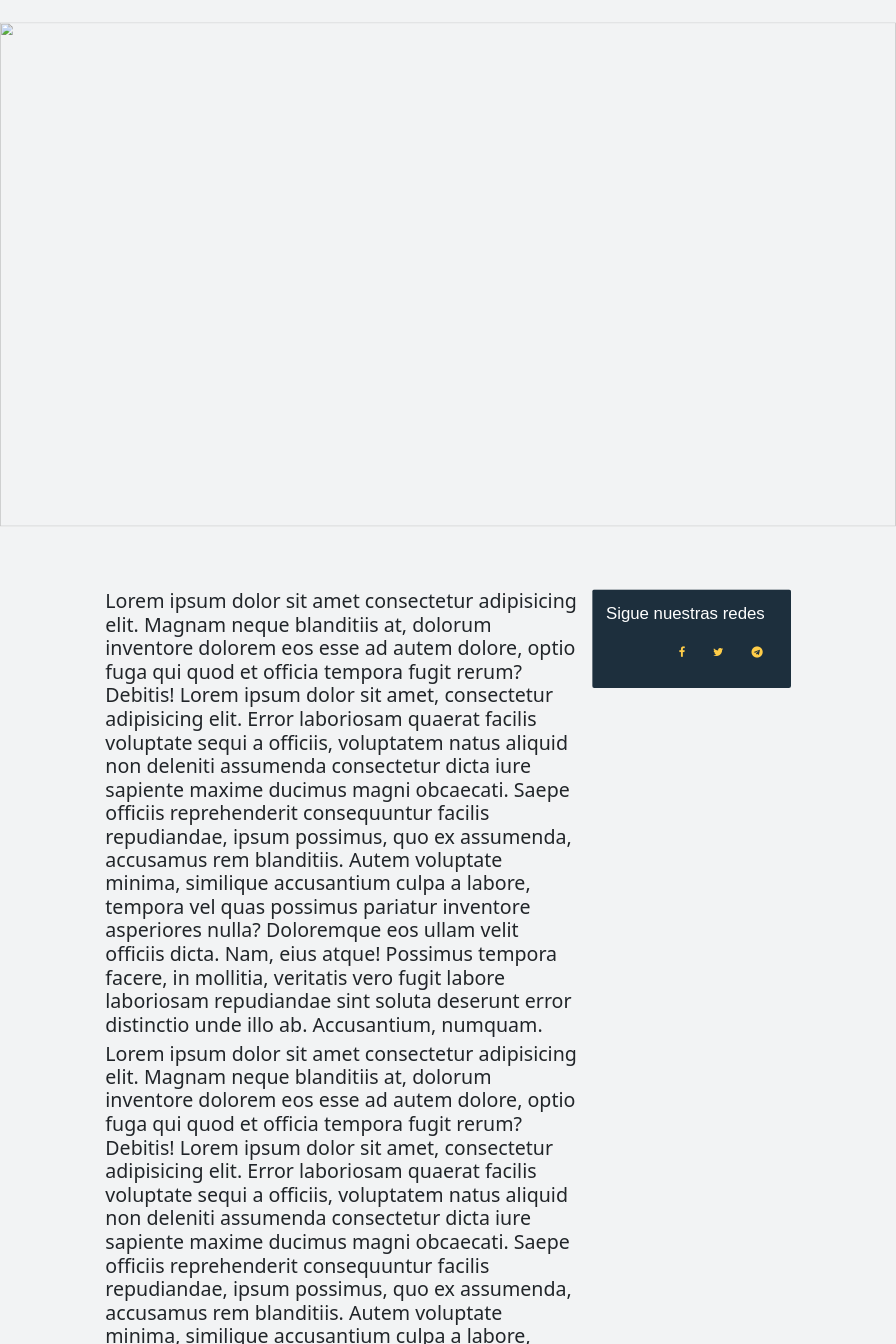
Repository: Sirius018/InventoryGenius
Page: http://localhost/Home
The author's editor kept a copy of each file at every save. The page is drawn from the files as they stood at one save, then again after the next save.
The browser window is 1280 px wide. The pictures show the part of the page from y = 470 to 2390 px (the page is 4127 px tall), at 70% of full size.
The page is this project's Thymeleaf template; nobody is signed in. The template is opened directly, without the code that normally fills it, so the values that code supplies are empty.

Above is the page before, as saved 2023-06-06 23:32:30.
Not found: ADW/InventoryGenius/image/back-img.jpeg

### ADW/InventoryGenius/src/main/resources/templates/Home.html
<!DOCTYPE html>
<html lang="en" xmlns:th="http://www.thymeleaf.org">
<head>
    <meta charset="UTF-8">
    <meta http-equiv="X-UA-Compatible" content="IE=edge">
    <meta name="viewport" content="width=device-width, initial-scale=1.0">
    <link href="https://stackpath.bootstrapcdn.com/font-awesome/4.7.0/css/font-awesome.min.css" rel="stylesheet">
    <link href="https://cdn.jsdelivr.net/npm/bootstrap@5.3.0/dist/css/bootstrap.min.css" rel="stylesheet" integrity="sha384-9ndCyUaIbzAi2FUVXJi0CjmCapSmO7SnpJef0486qhLnuZ2cdeRhO02iuK6FUUVM" crossorigin="anonymous">
    <link rel="stylesheet" href="path/to/font-awesome/css/font-awesome.min.css">
    <title>Home - Inventory Genius</title>
    <style>
/********************************** RESET PROPIEDADES **********************************/
* {
    margin: 0;
    padding: 0;
    box-sizing: border-box;
}

body{
   background: #F2F3F4;
}
/************************************************************************************************************/



.content-navbar{
    position: relative;
    max-width: 85%;
    margin: 20px auto;
    padding: 10px;
    background: #fff;
    box-sizing: border-box;
    border-radius: 4px;
    box-shadow: 0 2px 5px rgba(0,0,0,.2);
}

.logo{
    color: #069370;
    height: 60px;
    line-height: 60px;
    padding: 0 20px;
    font-size: 36px;
    text-align: center;
    float: left;
    font-weight: 700;
    text-decoration: none;
}

nav{
    float: right;
}

.clearfix{
    clear: both;
}

nav ul{
    margin: 0;
    padding: 0;
    display: flex;
}

nav ul li{
    list-style: none;
}

nav ul li a{
    display: block;
    margin: 10px 0;
    padding: 10px 20px;
    text-decoration: none;
    color: #262626;
}

nav ul li a:hover,
nav ul li a.active{
    background: #069370;
    color: #fff;
    transition: .5s;
}

@media (max-width: 900px) {
    header{
        margin: 20px;
    }
}

@media (max-width: 768px) {
    .menu-toggle{
        display: block;
        width: 40px;
        height: 40px;
        margin: 10px;
        float: right;
        cursor: pointer;
        text-align: center;
        font-size: 30px;
        color: #096370;
    }
    .menu-toggle::before{
        content: '\f0c9';
        font-family: fontAwesome;
        line-height: 40px;

    }
    .menu-toggle.active:before{
        content: '\f00d';
    }
    nav{
        display: none;
    }
    nav.active{
        display: block;
        width: 100%;
    }
    nav.active ul{
        display: block;
    }
    nav.active ul li a{
        margin: 0;
    }
}

.dropdown-item:hover{
    background: #069370;
    color: #fff;
    transition: .5s;
}



main{
    width: 90%;
    margin: 0 auto;
}

.content-title{
    position: relative;
    width: 85%;
    margin: 0 auto;
    text-align:left;
    display: flex;
}

.intert-mid .content-title .lema{
    width: 69%;
    margin-right: 1%;
}
.intert-mid .content-title h1{
    color: #000;
}

.content-title h1 span{
    font-size: 23px;
    color: #363636;
}

.intert-mid .content-title .vacio{
    width: 29%;
    margin-left: 1%;
}

.contenedor-imagen {
	height: 100vh;
    width: 100%;
    margin: 0 auto;
    image-rendering: crisp-edges;
}

.contenedor-imagen img {
	width: 100%;
	height: 100%;
	vertical-align: top;
	object-fit: cover;
	object-position: 0 bottom;
}




main .content-main{
    width: 85%;
    display: flex;
    margin: 0 auto;
}

.content-main .info{
    position: relative;
    min-width: 69%;
    margin: 15px 0;
    margin-right: 1%;
}
.content-main .content-aside{
    position: relative;
    min-width:29%;
    margin: 15px 0 ;
    height: 100%;
	background: #1D2F3D;
	padding: 20px;
	border-radius: 3px;
	position: sticky;
	top: 20px;
    margin-left: 1%;
}


.content-aside .aside-redes{
    font-family: 'Montserrat', sans-serif;
    color: #fff;
    text-align: left;
	/*font-weight: normal;*/
}


.content-aside .indice ul{
    display: flex;
}
.content-aside .indice ul li a{
    color: #FFCD48
}


/*pagina de referencia: https://webflow.com/blog/business-website-examples  */



/* separacion arriva-abajo de los componentes padres */
.content-title, .contenedor-imagen, main{
    margin: 75px auto;
}



footer{
   width: 90%;
   margin: 50px auto;
   display: block;
}
    </style>
</head>
<body>

	<header class="asssssss">
        <div class="content-navbar">
            <a class="logo" href="#">InventoryGenius</a>
            <div class="menu-toggle"></div>
            <nav>
                <ul>
                    <li><a class="active" href="#"><i class="fa fa-home" aria-hidden="true"></i> Home</a></li>
                    <li class="nav-item dropdown">
                        <a class="dropdown-toggle" href="#" data-bs-toggle="dropdown" aria-expanded="false">
                            <i class="fa fa-pencil-square-o" aria-hidden="true"></i>
                            Registro
                        </a>
                        <ul class="dropdown-menu">
                          <li><a class="dropdown-item" href="#">Proveedores</a></li>
                          <li><a class="dropdown-item" href="#">productos</a></li>
                          <li><a class="dropdown-item" href="#">Empresas</a></li>

                        </ul>
                      </li>
                    <li><a href="#"><i class="fa fa-plus" aria-hidden="true"></i> Servicios</a></li>
                    <li><a href="#"><i class="fa fa-phone" aria-hidden="true"></i> Contactos</a></li>
                    <li><a href=""><i class="fa fa-sign-in" aria-hidden="true"></i> Login</a></li>
                </ul>
            </nav>
            <div class="clearfix"></div>
        </div>
    </header>

    <div class="intert-mid">
        <div class="content-title">
            <div class="lema">
                <h1>Nuestra garantía, tu tranquilidad: Almacenamiento confiable, precios competitivos y servicio veloz para tus productos. <br><span>Tenemos 30 años en el mercado local e internacional</span></h1>
            </div>
            <div class="vacio">
                <p>Lorem ipsum dolor sit amet consectetur adipisicing elit. Porro quia et ex omnis fuga? Sunt quibusdam rem eos odio placeat amet doloribus, in accusamus, quas deleniti error exercitationem eius ad?</p>
            </div>
        </div>
        <div class="contenedor-imagen">
            <a href="#blog">
                <img src="../image/back-img.jpeg" alt="">
            </a>
        </div>
    </div>


    <main>
        <div class="content-main">
            <div class="info">
                <h3>Lorem ipsum dolor sit amet consectetur adipisicing elit. Magnam neque blanditiis at, dolorum inventore dolorem eos esse ad autem dolore, optio fuga qui quod et officia tempora fugit rerum? Debitis!
                    Lorem ipsum dolor sit amet, consectetur adipisicing elit. Error laboriosam quaerat facilis voluptate sequi a officiis, voluptatem natus aliquid non deleniti assumenda consectetur dicta iure sapiente maxime ducimus magni obcaecati.
                    Saepe officiis reprehenderit consequuntur facilis repudiandae, ipsum possimus, quo ex assumenda, accusamus rem blanditiis. Autem voluptate minima, similique accusantium culpa a labore, tempora vel quas possimus pariatur inventore asperiores nulla?
                    Doloremque eos ullam velit officiis dicta. Nam, eius atque! Possimus tempora facere, in mollitia, veritatis vero fugit labore laboriosam repudiandae sint soluta deserunt error distinctio unde illo ab. Accusantium, numquam.</h3>
                    <h3>Lorem ipsum dolor sit amet consectetur adipisicing elit. Magnam neque blanditiis at, dolorum inventore dolorem eos esse ad autem dolore, optio fuga qui quod et officia tempora fugit rerum? Debitis!
                        Lorem ipsum dolor sit amet, consectetur adipisicing elit. Error laboriosam quaerat facilis voluptate sequi a officiis, voluptatem natus aliquid non deleniti assumenda consectetur dicta iure sapiente maxime ducimus magni obcaecati.
                        Saepe officiis reprehenderit consequuntur facilis repudiandae, ipsum possimus, quo ex assumenda, accusamus rem blanditiis. Autem voluptate minima, similique accusantium culpa a labore, tempora vel quas possimus pariatur inventore asperiores nulla?
                        Doloremque eos ullam velit officiis dicta. Nam, eius atque! Possimus tempora facere, in mollitia, veritatis vero fugit labore laboriosam repudiandae sint soluta deserunt error distinctio unde illo ab. Accusantium, numquam.</h3>
                        <h3>Lorem ipsum dolor sit amet consectetur adipisicing elit. Magnam neque blanditiis at, dolorum inventore dolorem eos esse ad autem dolore, optio fuga qui quod et officia tempora fugit rerum? Debitis!
                            Lorem ipsum dolor sit amet, consectetur adipisicing elit. Error laboriosam quaerat facilis voluptate sequi a officiis, voluptatem natus aliquid non deleniti assumenda consectetur dicta iure sapiente maxime ducimus magni obcaecati.
                            Saepe officiis reprehenderit consequuntur facilis repudiandae, ipsum possimus, quo ex assumenda, accusamus rem blanditiis. Autem voluptate minima, similique accusantium culpa a labore, tempora vel quas possimus pariatur inventore asperiores nulla?
                            Doloremque eos ullam velit officiis dicta. Nam, eius atque! Possimus tempora facere, in mollitia, veritatis vero fugit labore laboriosam repudiandae sint soluta deserunt error distinctio unde illo ab. Accusantium, numquam.</h3>
            </div>
            <div class="content-aside">
                <h4 class="aside-redes">Sigue nuestras redes</h4>
				<nav class="indice">
					<ul>
                        <li><a href="https://es-la.facebook.com/" target="_blank"><i class="fa fa-facebook facebook" aria-hidden="true"></i></a></li>
                        <li><a href="https://twitter.com/?lang=es" target="_blank"><i class="fa fa-twitter twitter" aria-hidden="true"></i></a></li>
                        <li><a href="https://web.telegram.org/a/" target="_blank"><i class="fa fa-telegram telegram" aria-hidden="true"></i></a></li>
                    </ul>
				</nav>
            </div>
        </div>
    </main>

    <footer>
        <p>Lorem ipsum, dolor sit amet consectetur adipisicing elit. Nihil rem repellendus ducimus esse, maxime recusandae eligendi. Temporibus sit consequatur, accusantium cum provident corrupti doloribus maiores quidem consequuntur qui minima ex?
        Enim et aperiam cum necessitatibus dolores maiores nam, tempore quos repellat, laboriosam ad laborum tempora, earum iusto praesentium! In iste omnis provident fuga similique dicta eaque rerum! Provident, deleniti tenetur!
        Dicta dignissimos id laborum, aliquid quaerat aspernatur assumenda laudantium. Et earum deleniti nam maiores, aliquam voluptate excepturi exercitationem inventore dolor eaque! Autem illo vero, architecto accusantium quasi vel odio ratione?
        Quia nihil numquam, rerum eveniet facere officiis, vel eligendi aliquam non repellendus exercitationem! Blanditiis veniam unde, expedita cupiditate quaerat reiciendis molestiae tempore aliquid eveniet? Necessitatibus amet aperiam delectus adipisci vitae.
        Quidem vel, mollitia dolores reiciendis eum a perferendis saepe, impedit nobis distinctio fugit dolor perspiciatis enim. Quo, voluptatem quidem in placeat reiciendis est repellendus doloremque veritatis quaerat blanditiis laudantium maxime.
        Rerum eum magnam iste accusantium dolorem commodi, nihil hic nam voluptates natus soluta debitis maiores expedita labore suscipit dolor reprehenderit cum accusamus ea optio corrupti exercitationem facilis ex. Sit, corrupti.
        Qui ab earum est rem distinctio saepe porro, totam dicta accusamus, nulla delectus magni fugiat labore! Sint repellat tenetur harum accusantium quae nulla dignissimos et placeat, autem facilis commodi tempora!
        Magnam perferendis aliquid id totam, est consequatur similique quam mollitia ex officia deleniti voluptate iusto et aliquam obcaecati amet fuga beatae architecto at ipsam! Facilis culpa soluta nobis quam excepturi.
        Soluta nulla corrupti sapiente quis? Eius perferendis eaque, magnam aliquam totam consectetur non ipsam mollitia minima aliquid? Deleniti sed praesentium natus eos, numquam ab quo voluptate dolor odit ratione sit.
        Modi dicta consectetur voluptas nostrum, vel excepturi alias eum deleniti eaque aut magni molestiae maxime ad saepe quae quia rerum! Modi, obcaecati. Aut, adipisci repellendus maxime nisi nam placeat odio? </p>
        <p>Lorem ipsum dolor sit amet consectetur adipisicing elit. Nisi esse quod labore rerum eos voluptas iste vel qui? Asperiores nihil alias officiis repudiandae eum eius, reprehenderit pariatur perspiciatis molestias ad.
        Corrupti blanditiis obcaecati repudiandae, sed in sint cupiditate explicabo amet aspernatur impedit iste quas, inventore repellendus quaerat quia ad optio facere ipsam quos ab, totam nostrum? Officia corporis corrupti totam.
        Sit quisquam architecto ut odit tempore explicabo, laboriosam dolores, odio dicta alias voluptas consectetur quasi est doloremque quibusdam quod quam asperiores itaque at voluptatibus veritatis ab exercitationem rerum! Voluptate, quasi!
        Voluptas, in incidunt nihil dolore atque corporis perferendis consectetur distinctio porro laborum repudiandae mollitia reprehenderit sequi odit perspiciatis nemo dolorum ratione quod. Corporis possimus, eaque dolores perspiciatis sequi ipsum mollitia.
        Consequatur inventore, esse repudiandae sequi, sint reiciendis eos nihil sunt at veniam perspiciatis ducimus amet dolores omnis voluptates alias quaerat, ut ipsam impedit placeat nulla dolorem? Velit dolores aut nisi.
        Nulla magnam architecto est animi ipsam numquam, adipisci deleniti, autem nisi non quae aliquam at quam nobis maxime, et ut distinctio aut saepe. Itaque atque magnam officia provident in molestias.
        Laudantium doloremque odit sapiente corrupti. Distinctio perferendis eaque quam quo dignissimos reiciendis quis! Nihil dolorum consequuntur quo blanditiis commodi beatae pariatur veniam quia iste aliquid maxime, deserunt consequatur, placeat voluptatem.
        Inventore, temporibus? Dolor ipsam molestiae libero, rerum autem dolorum, velit non, at ut ducimus vitae architecto veniam accusantium nam deserunt. Vitae tempora nihil nemo, repellat quidem et a ducimus. Quam!
        Laudantium quo laboriosam magni eveniet veritatis commodi repellat in perspiciatis a. Fugit voluptatibus tenetur officia temporibus ad quasi, ratione animi nihil asperiores quia dolorem suscipit illo laudantium aperiam assumenda eum!</p>
    </footer>


<script src="https://code.jquery.com/jquery-3.6.0.js" integrity="sha256-H+K7U5CnXl1h5ywQfKtSj8PCmoN9aaq30gDh27Xc0jk=" crossorigin="anonymous"></script>
<script src="https://cdn.jsdelivr.net/npm/bootstrap@5.3.0/dist/js/bootstrap.bundle.min.js" integrity="sha384-geWF76RCwLtnZ8qwWowPQNguL3RmwHVBC9FhGdlKrxdiJJigb/j/68SIy3Te4Bkz" crossorigin="anonymous"></script>
<script src="../static/js/home.js"></script>
</body>
</html>

### ADW/InventoryGenius/src/main/resources/static/js/home.js
$(document).ready(function(){
    $('.menu-toggle').click(function(){
        $('.menu-toggle').toggleClass('active')
        $('nav').toggleClass('active')
    })
})

After the next save:
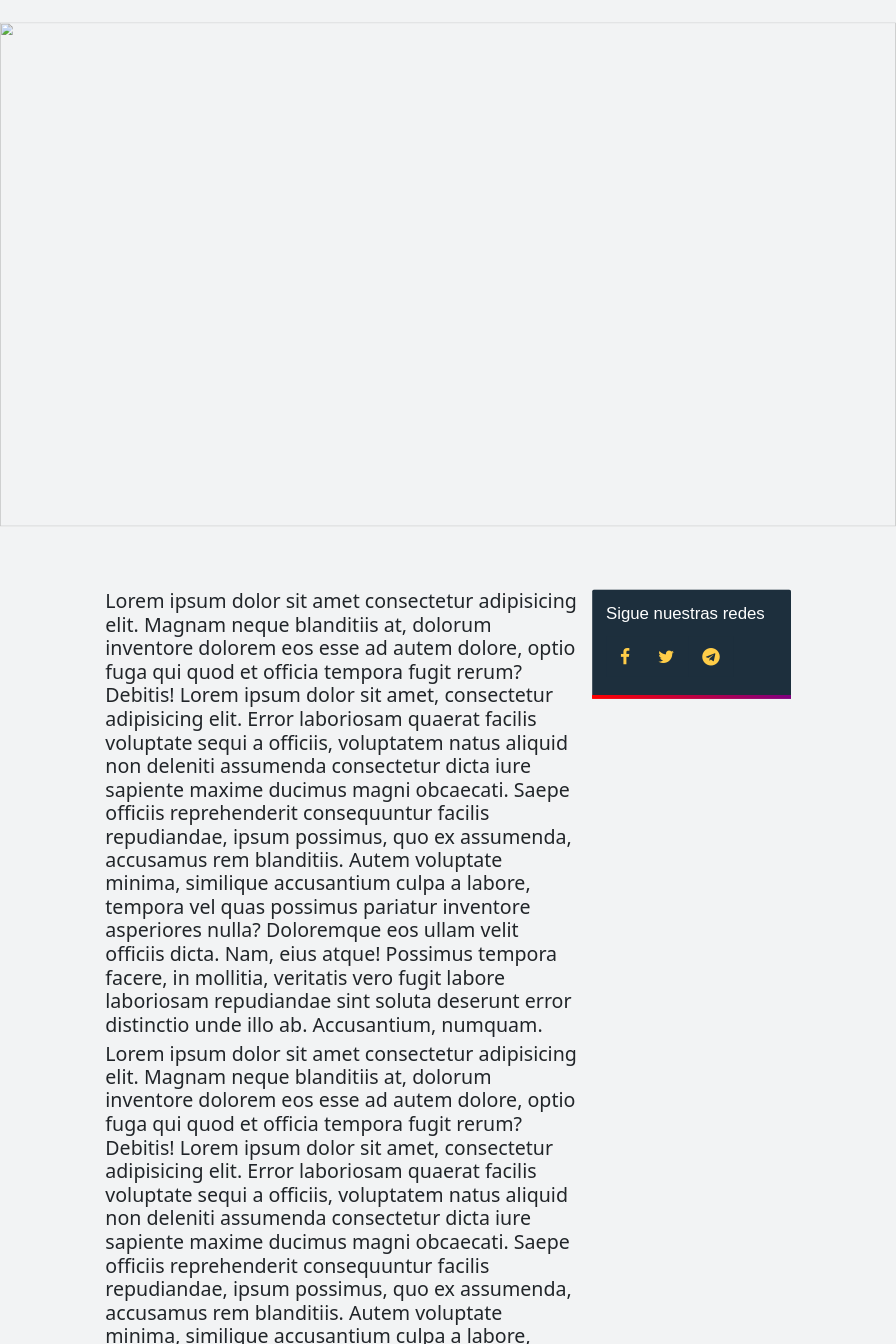
Saved 15 s later.
--- a/ADW/InventoryGenius/src/main/resources/templates/Home.html
+++ b/ADW/InventoryGenius/src/main/resources/templates/Home.html
@@ -19,7 +19,13 @@
 body{
    background: #F2F3F4;
 }
+
+
+:root{
+    --bg-aside:#1D2F3D;
+}
 /************************************************************************************************************/
+
 
 
 
@@ -195,7 +201,7 @@ main .content-main{
     min-width:29%;
     margin: 15px 0 ;
     height: 100%;
-	background: #1D2F3D;
+	background: var(--bg-aside);
 	padding: 20px;
 	border-radius: 3px;
 	position: sticky;
@@ -207,16 +213,50 @@ main .content-main{
 .content-aside .aside-redes{
     font-family: 'Montserrat', sans-serif;
     color: #fff;
-    text-align: left;
+    /*text-align: left;*/
 	/*font-weight: normal;*/
 }
 
 
-.content-aside .indice ul{
-    display: flex;
-}
+.content-aside .indice{
+    float: left;
+}
+
+
 .content-aside .indice ul li a{
-    color: #FFCD48
+    color: #FFCD48;
+    background-color: var(--bg-aside);
+    font-size: 25px;
+}
+
+
+
+.content-aside .indice ul li .facebook:hover{ color: #1877F2; }
+.content-aside .indice ul li .twitter:hover{ color: #1DA1F2; }
+.content-aside .indice ul li .telegram:hover{ color: #0088CC; }
+
+.content-aside .indice ul li a::after {
+    content: '';
+    position: absolute;
+    left: 0;
+    bottom: -2px;
+    width: 100%;
+    height: 5px;
+    background-image: linear-gradient(to right, red, blue);
+    background-size: 200% 100%;
+    animation: gradientAnimation 2s linear infinite;
+}
+
+@keyframes gradientAnimation {
+    0% {
+        background-position: 0% 0%;
+    }
+    50% {
+        background-position: 100% 0%;
+    }
+    100% {
+        background-position: 0% 0%;
+    }
 }
 
 
@@ -236,6 +276,7 @@ footer{
    margin: 50px auto;
    display: block;
 }
+
     </style>
 </head>
 <body>
